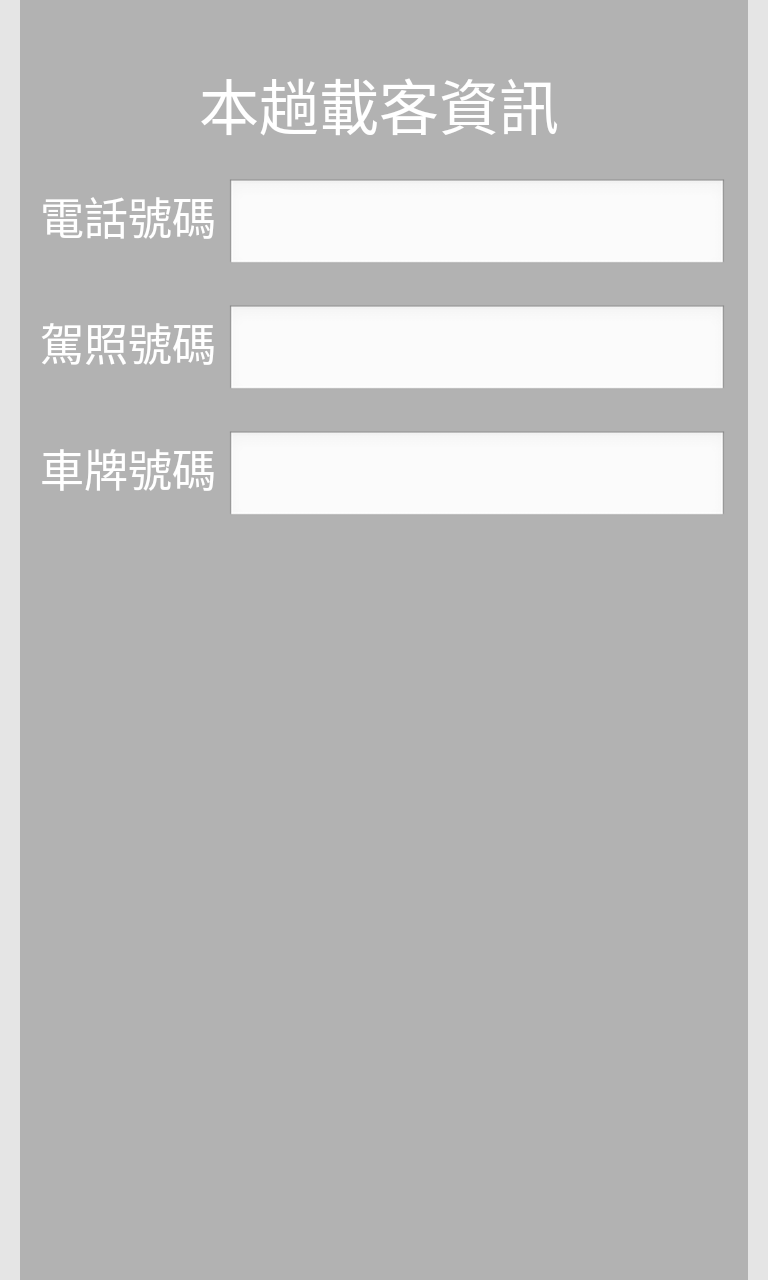
Repository: chsien/MrTaxi_Driver
Layout: MrTaxiDriver/res/layout/sum.xml
An editor plug-in stored every save of this project. The layout is shown before and after a run of saves, followed by the edit.
It is drawn on a 768 x 1280 px phone screen (xhdpi) without system bars, with theme android:Theme; the app's code is not run.

Above is the layout before, as saved 2012-06-22 13:26:42.

### MrTaxiDriver/res/layout/sum.xml
<?xml version="1.0" encoding="utf-8"?>
<FrameLayout xmlns:android="http://schemas.android.com/apk/res/android"
    android:id="@+id/baseLayout"
    android:layout_width="fill_parent"
    android:layout_height="fill_parent" >

	<LinearLayout
	    android:layout_width="match_parent"
	    android:layout_height="match_parent"
	    android:orientation="horizontal"
	    android:background="#ffe5e5e5">


	    <LinearLayout
	        android:layout_width="match_parent"
	        android:layout_height="match_parent"
	        android:layout_marginLeft="10dp"
	        android:layout_marginRight="10dp"
	        android:background="#ffb2b2b2"
	        android:orientation="vertical" >

	        <LinearLayout
	            android:layout_width="match_parent"
	            android:layout_height="wrap_content"
	            android:layout_marginLeft="10dp"
	            android:layout_marginRight="10dp"
	            android:layout_marginTop="30dp"
	            android:layout_marginBottom="10dp"
	            android:gravity="center"
	            android:layout_weight="0" >

	            <TextView
	                android:id="@+id/textView_name"
	                android:layout_width="wrap_content"
	                android:layout_height="wrap_content"
	                android:layout_marginRight="5dp"
	                android:text="本趟載客資訊"
	                android:textSize="30dp"
	                android:textAppearance="?android:attr/textAppearanceLarge" />
	        </LinearLayout>

	        <LinearLayout
	            android:layout_width="match_parent"
	            android:layout_height="wrap_content"
	            android:layout_marginBottom="10dp"
	            android:layout_marginLeft="10dp"
	            android:layout_marginRight="10dp"
	            android:layout_marginTop="5dp" >

	            <TextView
	                android:id="@+id/textView_phone"
	                android:layout_width="wrap_content"
	                android:layout_height="wrap_content"
	                android:layout_marginRight="5dp"
	                android:text="@string/register_textViewContent_phone"
	                android:textAppearance="?android:attr/textAppearanceLarge" />

	            <EditText
	                android:id="@+id/editText_phone"
	                android:layout_width="match_parent"
	                android:layout_height="wrap_content"
	                android:ems="10"
	                android:inputType="phone"
	                android:text=""
	                android:maxLines="1" />
	        </LinearLayout>


	        <LinearLayout
	            android:layout_width="match_parent"
	            android:layout_height="wrap_content"
	            android:layout_marginBottom="10dp"
	            android:layout_marginLeft="10dp"
	            android:layout_marginRight="10dp"
	            android:layout_marginTop="5dp" >

	            <TextView
	                android:id="@+id/textView_driverlicense"
	                android:layout_width="wrap_content"
	                android:layout_height="wrap_content"
	                android:layout_marginRight="5dp"
	                android:text="@string/textViewContent_driverlicense"
	                android:textAppearance="?android:attr/textAppearanceLarge" />

	            <EditText
	                android:id="@+id/editText_driverlicense"
	                android:layout_width="match_parent"
	                android:layout_height="wrap_content"
	                android:ems="10"
	                android:inputType="numberDecimal"
	                android:maxLines="1"
	                android:text="" />
	        </LinearLayout>

	        <LinearLayout
	            android:layout_width="match_parent"
	            android:layout_height="wrap_content"
	            android:layout_marginLeft="10dp"
	            android:layout_marginRight="10dp"
	            android:layout_marginTop="5dp"
	            android:layout_marginBottom="10dp" >

	            <TextView
	                android:id="@+id/textView_license"
	                android:layout_width="wrap_content"
	                android:layout_height="wrap_content"
	                android:layout_marginRight="5dp"
	                android:text="@string/textViewContent_license"
	                android:textAppearance="?android:attr/textAppearanceLarge" />

	            <EditText
	                android:id="@+id/editText_license"
	                android:layout_width="match_parent"
	                android:layout_height="wrap_content"
	                android:ems="10"
	                android:inputType="text"
	                android:maxLines="1"
	                android:text="" />
	        </LinearLayout>
	    </LinearLayout>



	</LinearLayout>

</FrameLayout>

### MrTaxiDriver/res/values/strings.xml
<?xml version="1.0" encoding="utf-8"?>
<resources>

    <string name="hello">Hello World, MrTaxiDriverActivity!</string>
    <string name="app_name">MrTaxiDriver</string>

	<string name="register_textViewContent_photoTip">請點擊上方圖片修改</string>
    <string name="register_textViewContent_name">司機姓名</string>
    <string name="register_textViewContent_phone">電話號碼</string>
    <string name="textViewContent_license">車牌號碼</string>
    <string name="textViewContent_driverlicense">駕照號碼</string>
    <string name="register_buttonContent_request">開始使用</string>

	<string name="main_textViewContent_standaloneTip">無網路連接</string>
	<string name="main_textViewContent_copyright">版權所有 © 2012 NCCU CS Mr.Taxi</string>

	<string name="main_textViewContent_tab1">TAB1</string>
	<string name="main_textViewContent_tab2">TAB2</string>
</resources>

After the next 2 saves:
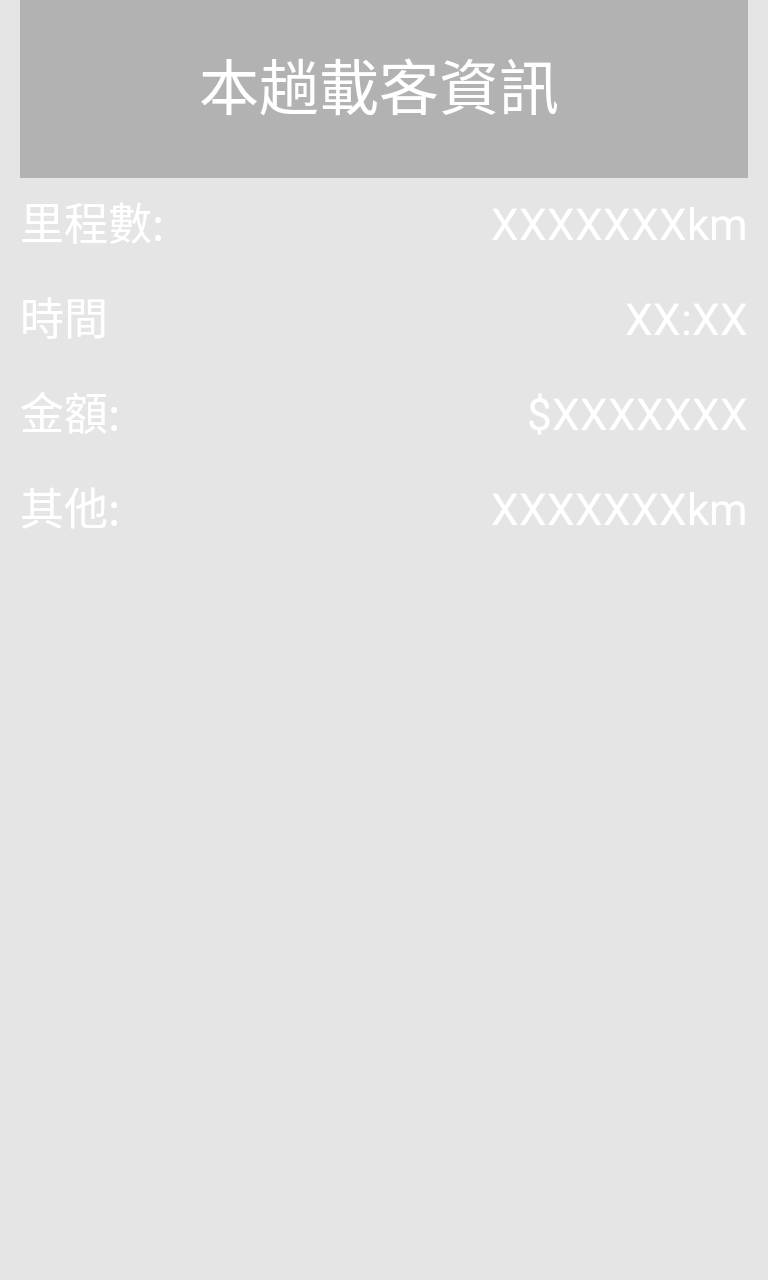
The 2 saves are shown as one change because 1 did not build or start.
The last was saved 14 min 8 s later.
--- a/MrTaxiDriver/res/layout/sum.xml
+++ b/MrTaxiDriver/res/layout/sum.xml
@@ -7,13 +7,13 @@
 	<LinearLayout
 	    android:layout_width="match_parent"
 	    android:layout_height="match_parent"
-	    android:orientation="horizontal"
+	    android:orientation="vertical"
 	    android:background="#ffe5e5e5">
 
 
 	    <LinearLayout
 	        android:layout_width="match_parent"
-	        android:layout_height="match_parent"
+	        android:layout_height="wrap_content"
 	        android:layout_marginLeft="10dp"
 	        android:layout_marginRight="10dp"
 	        android:background="#ffb2b2b2"
@@ -24,8 +24,8 @@
 	            android:layout_height="wrap_content"
 	            android:layout_marginLeft="10dp"
 	            android:layout_marginRight="10dp"
-	            android:layout_marginTop="30dp"
-	            android:layout_marginBottom="10dp"
+	            android:layout_marginTop="20dp"
+	            android:layout_marginBottom="25dp"
 	            android:gravity="center"
 	            android:layout_weight="0" >
 
@@ -38,6 +38,8 @@
 	                android:textSize="30dp"
 	                android:textAppearance="?android:attr/textAppearanceLarge" />
 	        </LinearLayout>
+
+		</LinearLayout>
 
 	        <LinearLayout
 	            android:layout_width="match_parent"
@@ -52,20 +54,18 @@
 	                android:layout_width="wrap_content"
 	                android:layout_height="wrap_content"
 	                android:layout_marginRight="5dp"
-	                android:text="@string/register_textViewContent_phone"
+	                android:text="里程數:"
 	                android:textAppearance="?android:attr/textAppearanceLarge" />
 
-	            <EditText
+	            <TextView
 	                android:id="@+id/editText_phone"
 	                android:layout_width="match_parent"
 	                android:layout_height="wrap_content"
-	                android:ems="10"
 	                android:inputType="phone"
-	                android:text=""
-	                android:maxLines="1" />
+	                android:text="XXXXXXXkm"
+	                android:gravity="right"
+	                android:textAppearance="?android:attr/textAppearanceLarge"/>
 	        </LinearLayout>
-
-
 	        <LinearLayout
 	            android:layout_width="match_parent"
 	            android:layout_height="wrap_content"
@@ -75,52 +75,76 @@
 	            android:layout_marginTop="5dp" >
 
 	            <TextView
-	                android:id="@+id/textView_driverlicense"
+	                android:id="@+id/textView_phone"
 	                android:layout_width="wrap_content"
 	                android:layout_height="wrap_content"
 	                android:layout_marginRight="5dp"
-	                android:text="@string/textViewContent_driverlicense"
+	                android:text="時間"
 	                android:textAppearance="?android:attr/textAppearanceLarge" />
 
-	            <EditText
-	                android:id="@+id/editText_driverlicense"
+	            <TextView
+	                android:id="@+id/editText_phone"
 	                android:layout_width="match_parent"
 	                android:layout_height="wrap_content"
-	                android:ems="10"
-	                android:inputType="numberDecimal"
-	                android:maxLines="1"
-	                android:text="" />
+	                android:inputType="phone"
+	                android:text="XX:XX"
+	                android:gravity="right"
+	                android:textAppearance="?android:attr/textAppearanceLarge"/>
 	        </LinearLayout>
-
 	        <LinearLayout
 	            android:layout_width="match_parent"
 	            android:layout_height="wrap_content"
+	            android:layout_marginBottom="10dp"
 	            android:layout_marginLeft="10dp"
 	            android:layout_marginRight="10dp"
-	            android:layout_marginTop="5dp"
-	            android:layout_marginBottom="10dp" >
+	            android:layout_marginTop="5dp" >
 
 	            <TextView
-	                android:id="@+id/textView_license"
+	                android:id="@+id/textView_phone"
 	                android:layout_width="wrap_content"
 	                android:layout_height="wrap_content"
 	                android:layout_marginRight="5dp"
-	                android:text="@string/textViewContent_license"
+	                android:text="金額:"
 	                android:textAppearance="?android:attr/textAppearanceLarge" />
 
-	            <EditText
-	                android:id="@+id/editText_license"
+	            <TextView
+	                android:id="@+id/editText_phone"
 	                android:layout_width="match_parent"
 	                android:layout_height="wrap_content"
-	                android:ems="10"
-	                android:inputType="text"
-	                android:maxLines="1"
-	                android:text="" />
+	                android:inputType="phone"
+	                android:text="$XXXXXXX"
+	                android:gravity="right"
+	                android:textAppearance="?android:attr/textAppearanceLarge"/>
 	        </LinearLayout>
-	    </LinearLayout>
+	        <LinearLayout
+	            android:layout_width="match_parent"
+	            android:layout_height="wrap_content"
+	            android:layout_marginBottom="10dp"
+	            android:layout_marginLeft="10dp"
+	            android:layout_marginRight="10dp"
+	            android:layout_marginTop="5dp" >
+
+	            <TextView
+	                android:id="@+id/textView_phone"
+	                android:layout_width="wrap_content"
+	                android:layout_height="wrap_content"
+	                android:layout_marginRight="5dp"
+	                android:text="其他:"
+	                android:textAppearance="?android:attr/textAppearanceLarge" />
+
+	            <TextView
+	                android:id="@+id/editText_phone"
+	                android:layout_width="match_parent"
+	                android:layout_height="wrap_content"
+	                android:inputType="phone"
+	                android:text="XXXXXXXkm"
+	                android:gravity="right"
+	                android:textAppearance="?android:attr/textAppearanceLarge"/>
+	        </LinearLayout>
 
 
 
-	</LinearLayout>
+	        </LinearLayout>
+
 
 </FrameLayout>
